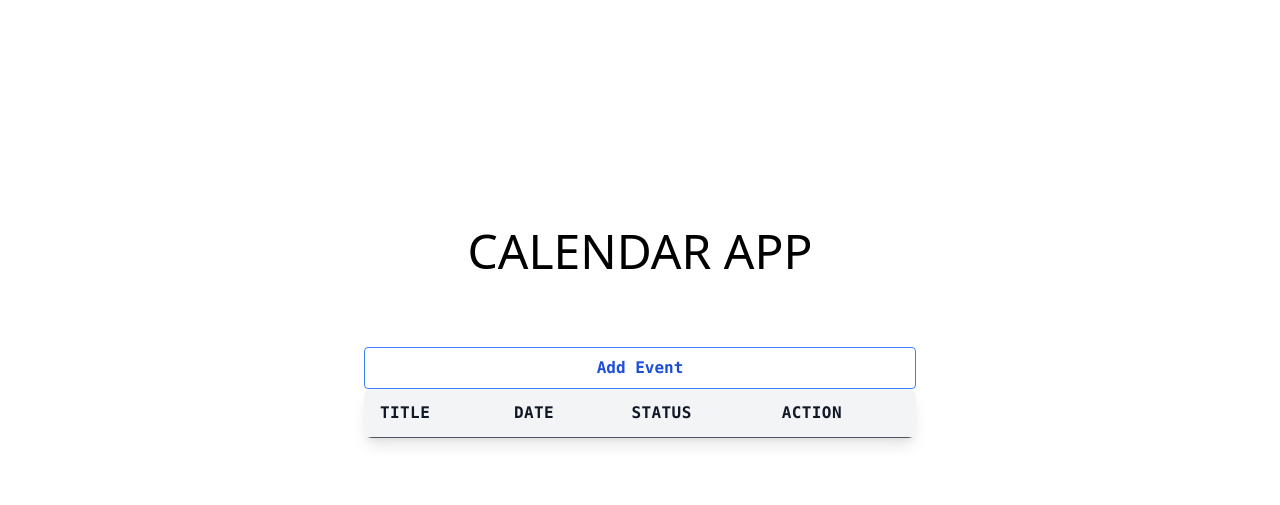
Repository: maikeru-desu/parking-lot
Page: / (app in parking-lot-fe/)
These files come from the project's save history. The page is drawn as it stood at one moment and after the next save; the edit follows.
The browser window is 1280 px wide. The pictures show the whole page.
The page's requests for data from a server got no answer. The project was rebuilt for these pictures with package versions that can differ from the ones it lists, and the page was loaded fresh each time. No one was signed in, and anything a server would have sent is missing. Also part of the build but not shown: parking-lot-fe/craco.config.js, parking-lot-fe/src/pages/Add.js, parking-lot-fe/src/pages/Edit.js.

Above is the page before, as saved 2021-10-14 07:28:50.

After the next save:
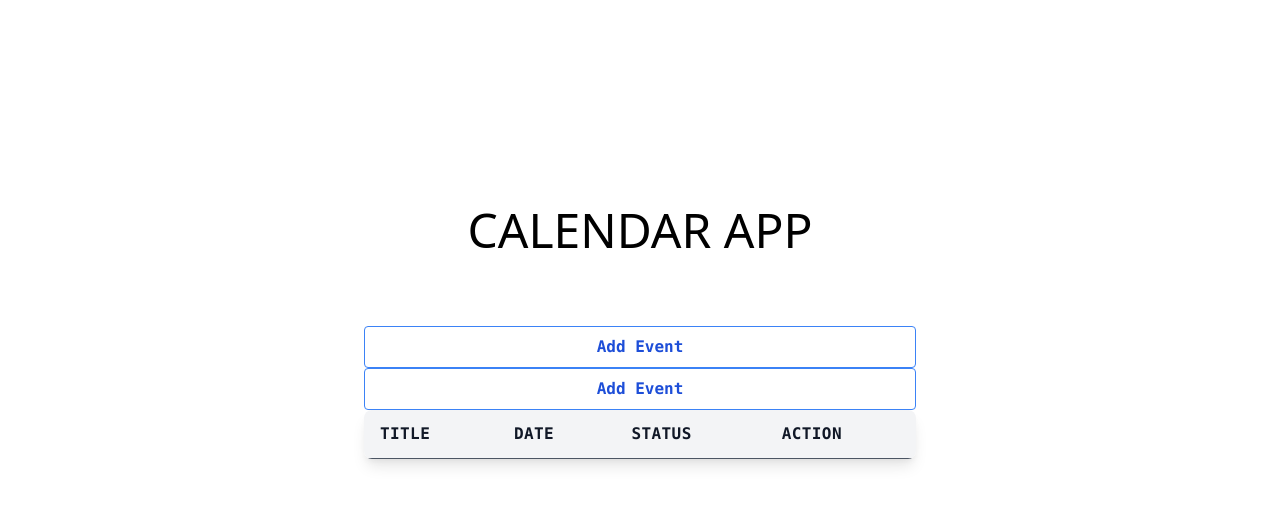
Saved 15 s later.
--- a/parking-lot-fe/src/pages/Home.js
+++ b/parking-lot-fe/src/pages/Home.js
@@ -21,8 +21,11 @@
     return (
         <section class="container mx-auto p-6 font-mono">
             <button onClick={() => history.push("/add")} className="bg-transparent hover:bg-blue-500 text-blue-700 font-semibold hover:text-white py-2 px-4 border border-blue-500 hover:border-transparent rounded">
-                    Add Event
-                </button>
+                Add Event
+            </button>
+            <button onClick={() => history.push("/add")} className="bg-transparent hover:bg-blue-500 text-blue-700 font-semibold hover:text-white py-2 px-4 border border-blue-500 hover:border-transparent rounded">
+                Add Event
+            </button>
             <div class="w-full mb-8 overflow-hidden rounded-lg shadow-lg">
                 <div class="w-full overflow-x-auto">
                 <table class="w-full">

After the save that followed:
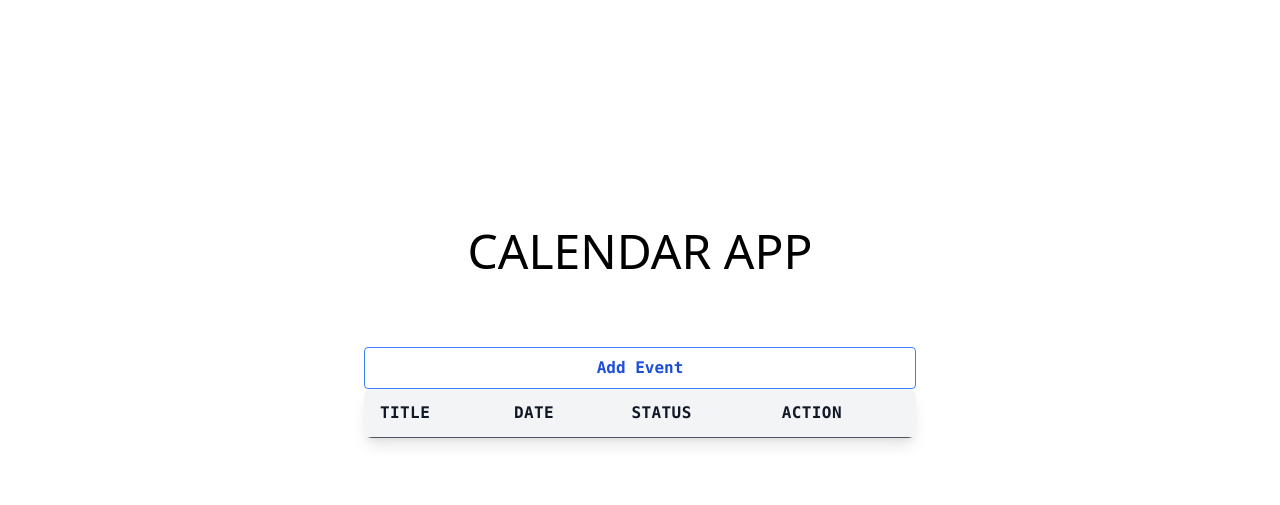
Saved 10 s later.
--- a/parking-lot-fe/src/pages/Home.js
+++ b/parking-lot-fe/src/pages/Home.js
@@ -20,9 +20,6 @@
 
     return (
         <section class="container mx-auto p-6 font-mono">
-            <button onClick={() => history.push("/add")} className="bg-transparent hover:bg-blue-500 text-blue-700 font-semibold hover:text-white py-2 px-4 border border-blue-500 hover:border-transparent rounded">
-                Add Event
-            </button>
             <button onClick={() => history.push("/add")} className="bg-transparent hover:bg-blue-500 text-blue-700 font-semibold hover:text-white py-2 px-4 border border-blue-500 hover:border-transparent rounded">
                 Add Event
             </button>
